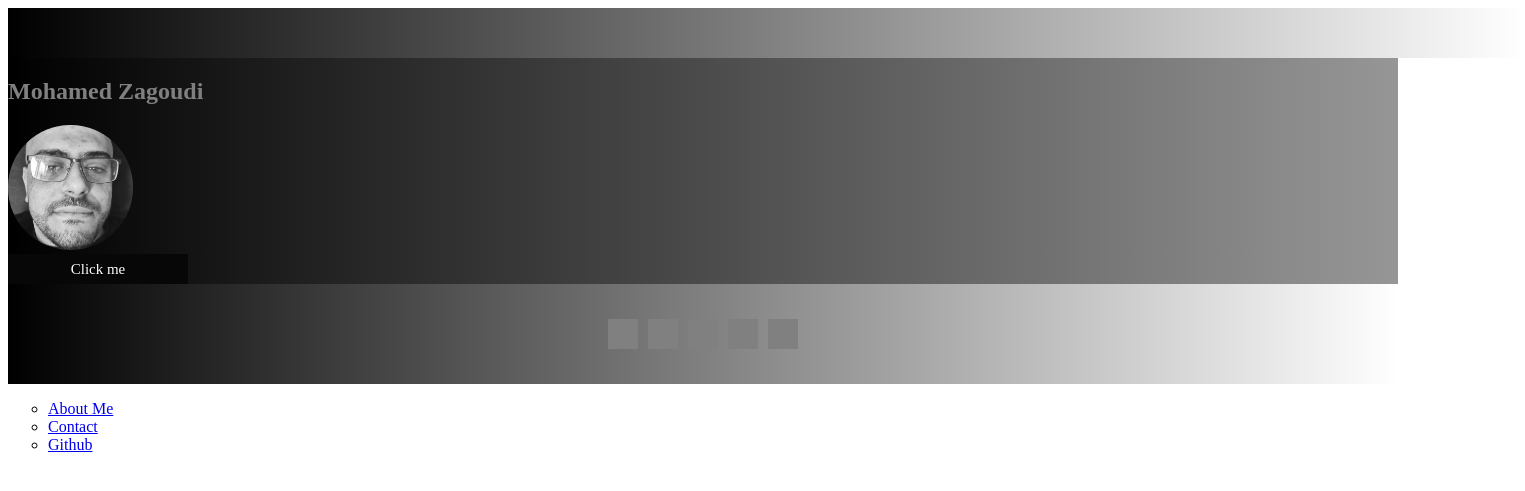
Repository: Mohzagou/Eersteportofolio
Page: index.html
The author's editor kept a copy of each file at every save. The page is drawn from the files as they stood at one save, then again after the next save.
The browser window is 1280 px wide. The page is 1525 px wide, so the pictures cover 1525 px, including what lies to the right of the window. The pictures show the whole page.

Above is the page before, as saved 2022-06-08 00:10:21.

After the next save:
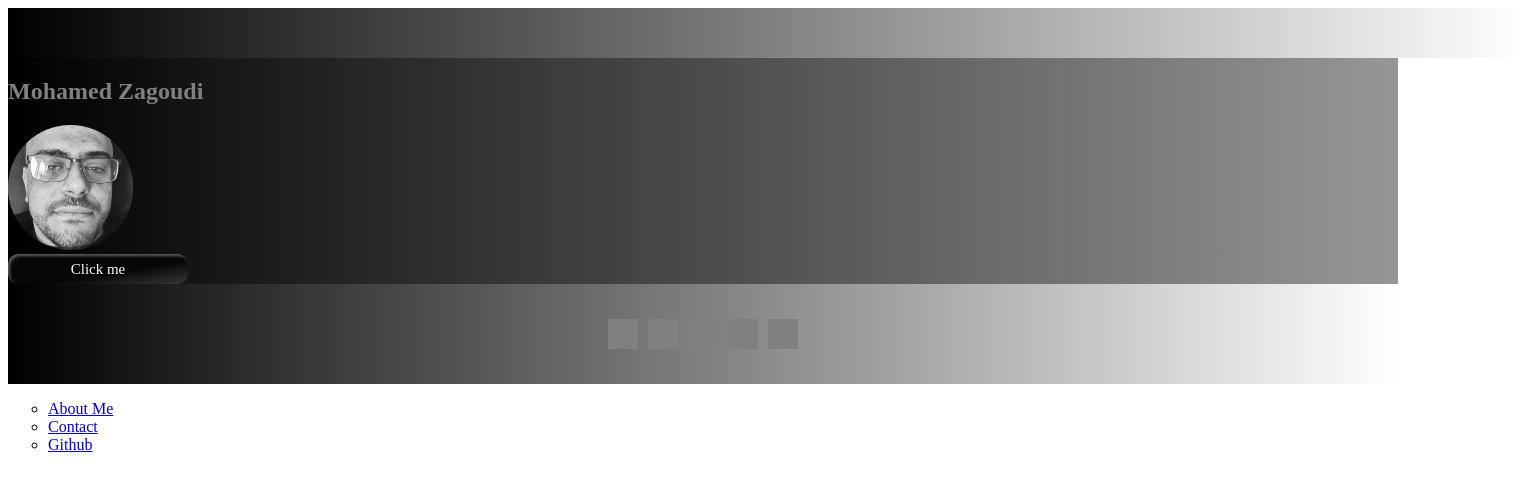
Saved 19 s later.
--- a/styles.css
+++ b/styles.css
@@ -57,7 +57,7 @@
                                 color: rgb(255, 255, 255);
                                 text-shadow: 1px 1px 1px #000;
                                 background-color: rgb(7, 7, 7);
-                                background-image: linear-gradient(to top left, rgba(250, 245, 245, 0.2), rgba(0, 0, 0, 0.2) 40%, rgba(248, 243, 243, );
+                                background-image: linear-gradient(to top left, rgba(250, 245, 245, 0.2), rgba(0, 0, 0, 0.2) 40%, rgba(248, 243, 243, 0));
                                 box-shadow: inset 2px 2px 3px rgba(233, 224, 224, 0.4);
                                 border-radius: 10px;
                             }
